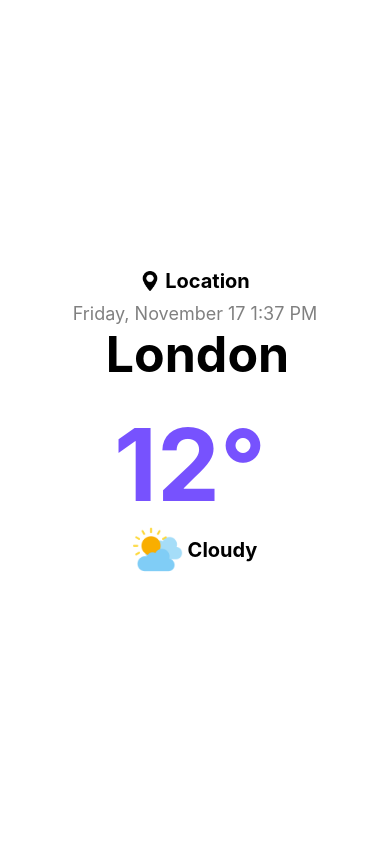
Repository: praveen080/react-native-weatherAppV1
Screen: /
The author's editor kept a copy of each file at every save. The screen is drawn from the files as they stood at one save, then again after the next save.
The app was drawn by React Native's web renderer in a window 390 px wide. The project was rebuilt for these pictures with package versions that can differ from the ones it lists, and the page was loaded fresh each time. Also part of the build but not shown: Screens/startUp.js.

Above is the screen before, as saved 2023-11-17 13:43:45.

After the next save:
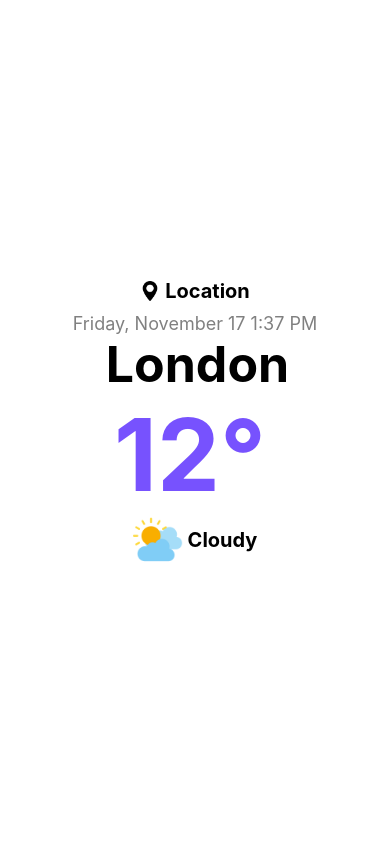
Saved 37 s later.
--- a/Screens/Home.js
+++ b/Screens/Home.js
@@ -86,7 +86,7 @@ export const styles = StyleSheet.create({
   numbersContainer: {
     flexDirection: "row",
     alignItems: "center",
-    marginTop: 20,
+    // marginTop: 20,
   },
   number: {
     fontSize: 100,
